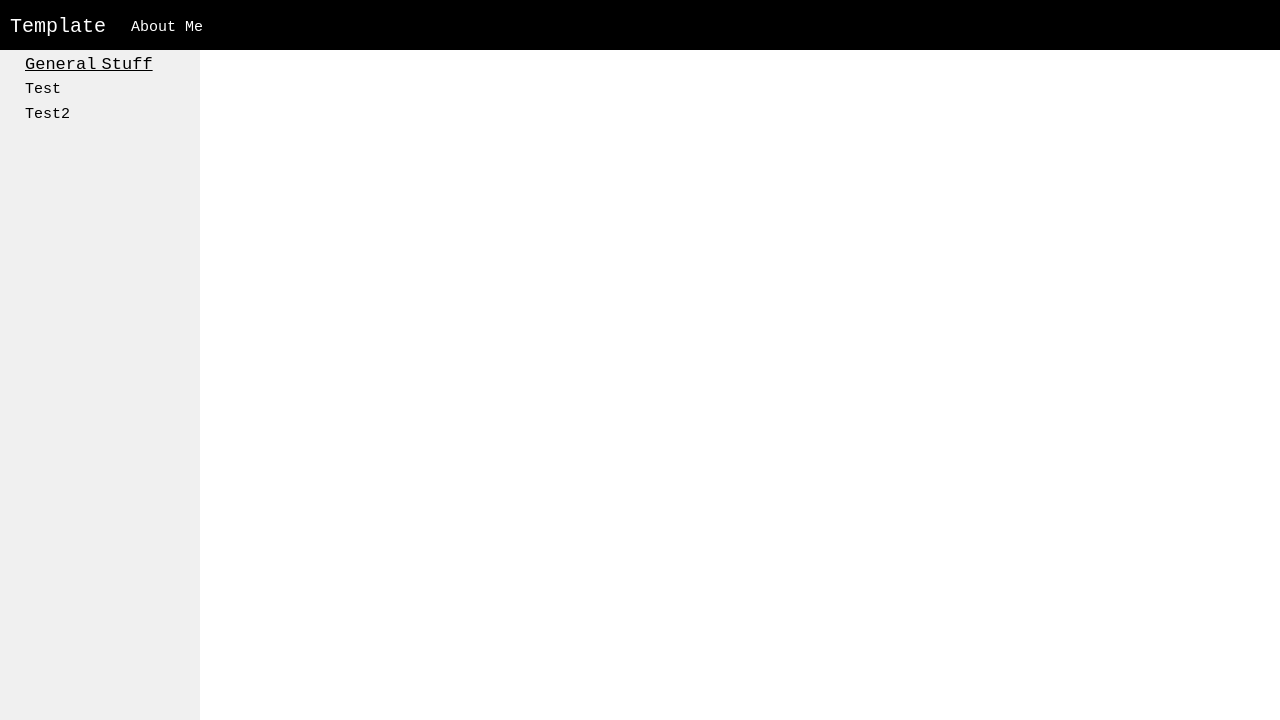
Repository: TimKral5/WikiPage
Page: index.html
These files come from the project's save history. The page is drawn as it stood at one moment and after the next save; the edit follows.
The browser window is 1280 px wide. The pictures show the whole page.

Above is the page before, as saved 2022-11-10 20:39:59.

After the next save:
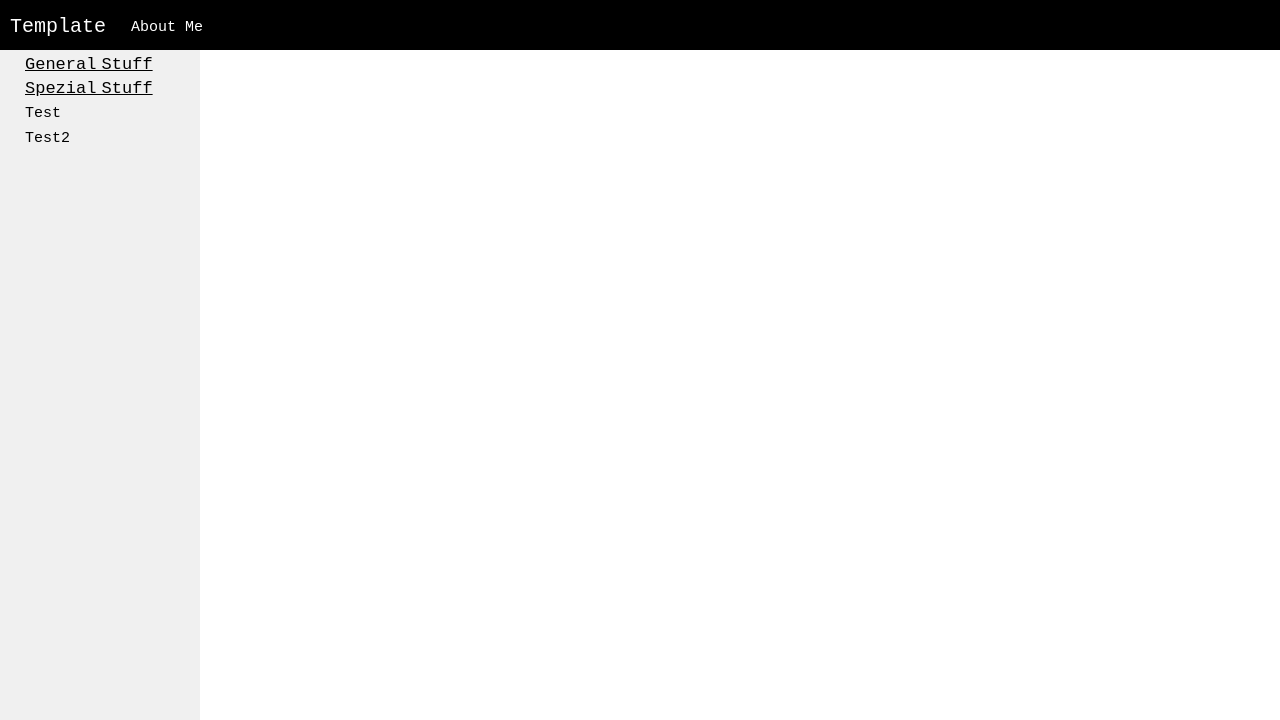
Saved 12 s later.
--- a/index.html
+++ b/index.html
@@ -20,6 +20,7 @@
 
     <div class="nav-side">
         <span>General Stuff</span>
+        <span>Spezial Stuff</span>
         <a href="#pages/home.htm">Test</a>
         <a href="#main/test2">Test2</a>
     </div>
